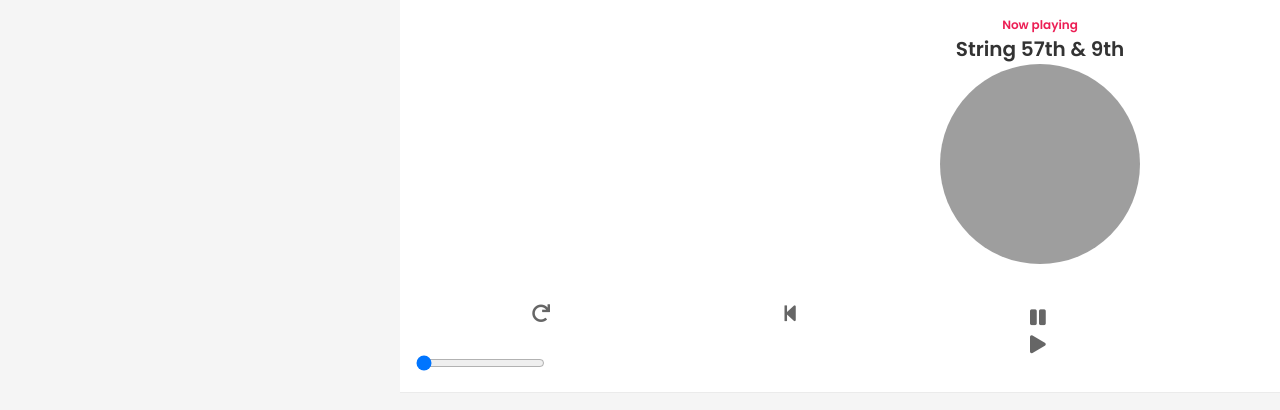
Repository: NBlue/Music_Player
Page: index.html
These files come from the project's save history. The page is drawn as it stood at one moment and after the next save; the edit follows.
The browser window is 1280 px wide. The pictures show the whole page.
Pictures or frames that could not be fetched are drawn as grey boxes.

Above is the page before, as saved 2021-10-12 21:59:45.

### index.html
<!DOCTYPE html>
<html lang="en">
    <head>
        <meta charset="UTF-8" />
        <meta http-equiv="X-UA-Compatible" content="IE=edge" />
        <meta name="viewport" content="width=device-width, initial-scale=1.0" />
        <title>Music player</title>
        <link
            rel="stylesheet"
            href="https://cdnjs.cloudflare.com/ajax/libs/font-awesome/5.15.2/css/all.min.css"
            integrity="sha512-HK5fgLBL+xu6dm/Ii3z4xhlSUyZgTT9tuc/hSrtw6uzJOvgRr2a9jyxxT1ely+B+xFAmJKVSTbpM/CuL7qxO8w=="
            crossorigin="anonymous"
        />
        <link rel="preconnect" href="https://fonts.gstatic.com" />
        <link
            href="https://fonts.googleapis.com/css2?family=Poppins:wght@300;400;600&display=swap"
            rel="stylesheet"
        />

        <link rel="stylesheet" href="./assets/css/style.css" />
    </head>
    <body>
        <div class="player">
            <!-- Dashboard - Bảng điều khiển -->
            <div class="dashboard">
                <!-- Header -->
                <header>
                    <h4>Now playing</h4>
                    <h2>String 57th & 9th</h2>
                </header>

                <!-- CD -->
                <div class="cd">
                    <div
                        class="cd-thumb"
                        style="
                            background-image: url(https://i.ytimg.com/vi/jTLhQf5KJSc/maxresdefault.jpg);
                        "
                    ></div>
                </div>

                <!-- Control -->
                <div class="control">
                    <div class="btn btn-repeat">
                        <i class="fas fa-redo"></i>
                    </div>
                    <div class="btn btn-prev">
                        <i class="fas fa-step-backward"></i>
                    </div>
                    <div class="btn btn-toggle-play">
                        <i class="fas fa-pause icon-pause"></i>
                        <i class="fas fa-play icon-play"></i>
                    </div>
                    <div class="btn btn-next">
                        <i class="fas fa-step-forward"></i>
                    </div>
                    <div class="btn btn-random">
                        <i class="fas fa-random"></i>
                    </div>
                </div>

                <input
                    type="range"
                    id="progress"
                    class="progress"
                    value="0"
                    step="1"
                    min="0"
                    max="100"
                />

                <audio src="" id="audio"></audio>
            </div>

            <!-- Playlist -->
            <div class="playlist">
                <div class="song">
                    <div
                        class="thumb"
                        style="
                            background-image: url(https://i.ytimg.com/vi/jTLhQf5KJSc/maxresdefault.jpg);
                        "
                    ></div>
                    <div class="body">
                        <h3 class="title">Music name</h3>
                        <p class="author">Singer</p>
                    </div>
                    <div class="option">
                        <i class="fas fa-ellipsis-h"></i>
                    </div>
                </div>
                <div class="song">
                    <div
                        class="thumb"
                        style="
                            background-image: url(https://i.ytimg.com/vi/jTLhQf5KJSc/maxresdefault.jpg);
                        "
                    ></div>
                    <div class="body">
                        <h3 class="title">Music name</h3>
                        <p class="author">Singer</p>
                    </div>
                    <div class="option">
                        <i class="fas fa-ellipsis-h"></i>
                    </div>
                </div>
                <div class="song">
                    <div
                        class="thumb"
                        style="
                            background-image: url(https://i.ytimg.com/vi/jTLhQf5KJSc/maxresdefault.jpg);
                        "
                    ></div>
                    <div class="body">
                        <h3 class="title">Music name</h3>
                        <p class="author">Singer</p>
                    </div>
                    <div class="option">
                        <i class="fas fa-ellipsis-h"></i>
                    </div>
                </div>
            </div>
        </div>
    </body>
</html>

### assets/css/style.css
:root {
    --primary-color: #ec1f55;
    --text-color: #333;
}

* {
    padding: 0;
    margin: 0;
    box-sizing: border-box;
}

body {
    background-color: #f5f5f5;
}

html {
    box-sizing: border-box;
    font-family: "Poppins", sans-serif;
}

.player {
    position: relative;
    max-width: 480px;
    margin: 0 auto;
}

.player .icon-pause {
    display: inline-block;
}

.player.playing .icon-play {
    display: none;
}

.dashboard {
    padding: 16px 16px 14px;
    background-color: #fff;
    position: fixed;
    top: 0;
    width: 100%;
    min-width: 480px;
    border-bottom: 1px solid #ebebeb;
}

/* HEADER */
header {
    text-align: center;
    border-bottom: 10px;
}

header h4 {
    color: var(--primary-color);
    font-size: 12px;
}

header h2 {
    color: var(--text-color);
    font-size: 20px;
}

/* CD */
.cd {
    display: flex;
    margin: auto;
    width: 200px;
}

.cd-thumb {
    width: 100%; /*Xét chiều rộng cho ảnh*/
    padding-bottom: 100%; /* Phải padding top hoặc botom thì ảnh mới hiện ra*/
    border-radius: 50%;
    background-color: #333;
    background-size: cover;
    margin: auto;
}

/* CONTROL */
.control {
    display: flex;
    justify-content: space-around;
    align-items: center;
    padding: 18px 0 8px 0;
}

.control .btn {
    color: #666;
    padding: 18px;
    font-size: 18px;
}

.control .btn.active {
    color: var(--primary-color);
}

.control .btn-toggle-play {
    width: 56px;
    height: 56px;
}
.btn-repeat {
}
.fas {
}
.fa-redo {
}
.btn-prev {
}
.fa-step-backward {
}
.btn-toggle-play {
}
.fa-pause {
}
.icon-pause {
}
.fa-play {
}
.icon-play {
}
.btn-next {
}
.fa-step-forward {
}
.btn-random {
}
.fa-random {
}
.progress {
}
.playlist {
}
.song {
}
.thumb {
}
.body {
}
.title {
}
.author {
}
.option {
}
.fa-ellipsis-h {
}
.btn.btn-repeat {
}
.fas.fa-redo {
}
.btn.btn-prev {
}
.fas.fa-step-backward {
}
.btn.btn-toggle-play {
}
.fas.fa-pause.icon-pause {
}
.fas.fa-play.icon-play {
}
.btn.btn-next {
}
.fas.fa-step-forward {
}
.btn.btn-random {
}
.fas.fa-random {
}
.fas.fa-ellipsis-h {
}

After the next save:
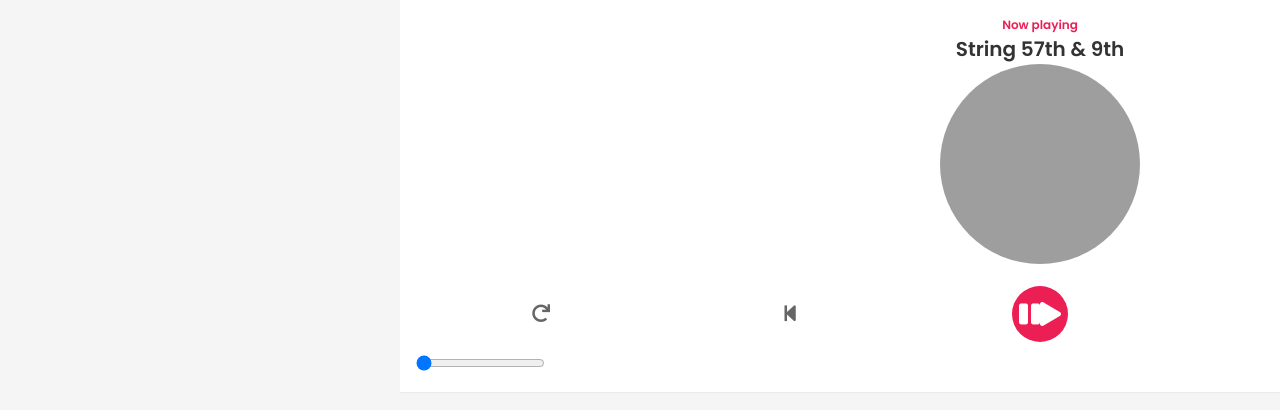
Saved 103 s later.
--- a/assets/css/style.css
+++ b/assets/css/style.css
@@ -95,6 +95,13 @@ header h2 {
 .control .btn-toggle-play {
     width: 56px;
     height: 56px;
+    border-radius: 50%;
+    font-size: 24px;
+    color: #fff;
+    display: flex;
+    justify-content: center;
+    align-items: center;
+    background-color: var(--primary-color);
 }
 .btn-repeat {
 }
